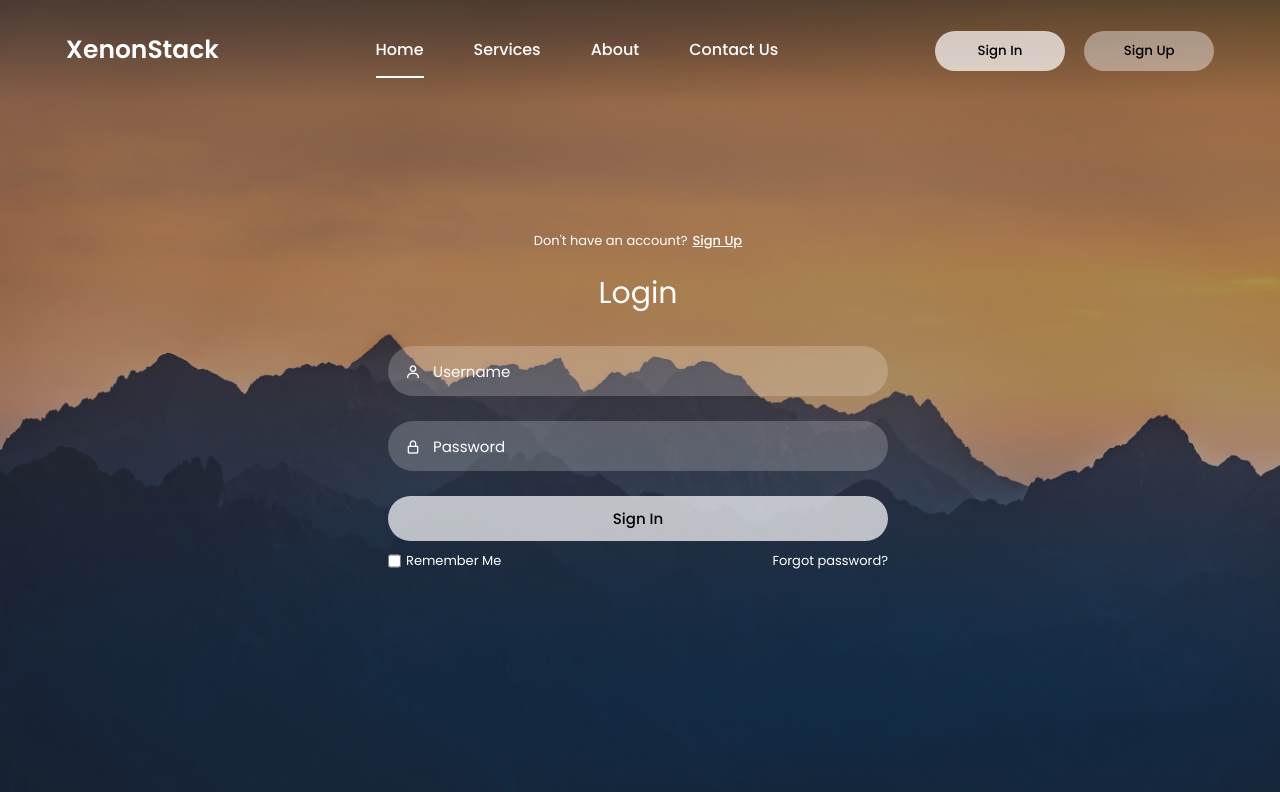
Repository: Abhikumar9061/Round2
Page: public/index.html
These files come from the project's save history. The page is drawn as it stood at one moment and after the next save; the edit follows.
The browser window is 1280 px wide. The pictures show the whole page.
Backgrounds fixed to the window are drawn as part of the page.

Above is the page before, as saved 2024-01-10 13:05:03.

After the next save:
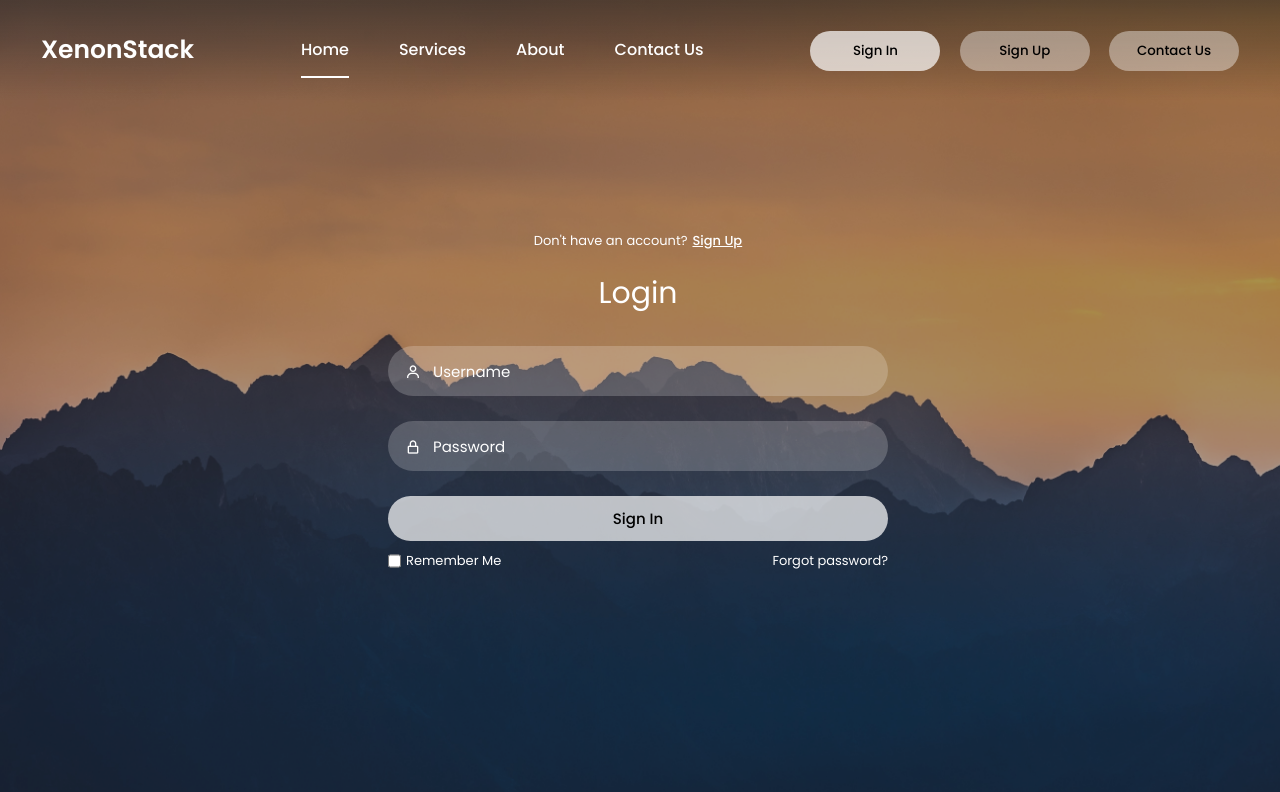
Saved 2 min 59 s later.
--- a/public/index.html
+++ b/public/index.html
@@ -31,6 +31,9 @@
           </button>
           <button class="btn" id="registerBtn" onclick="register()">
             Sign Up
+          </button>
+          <button class="btn" id="registerBtn" onclick="register()">
+            Contact Us
           </button>
         </div>
         <div class="nav-menu-btn">
